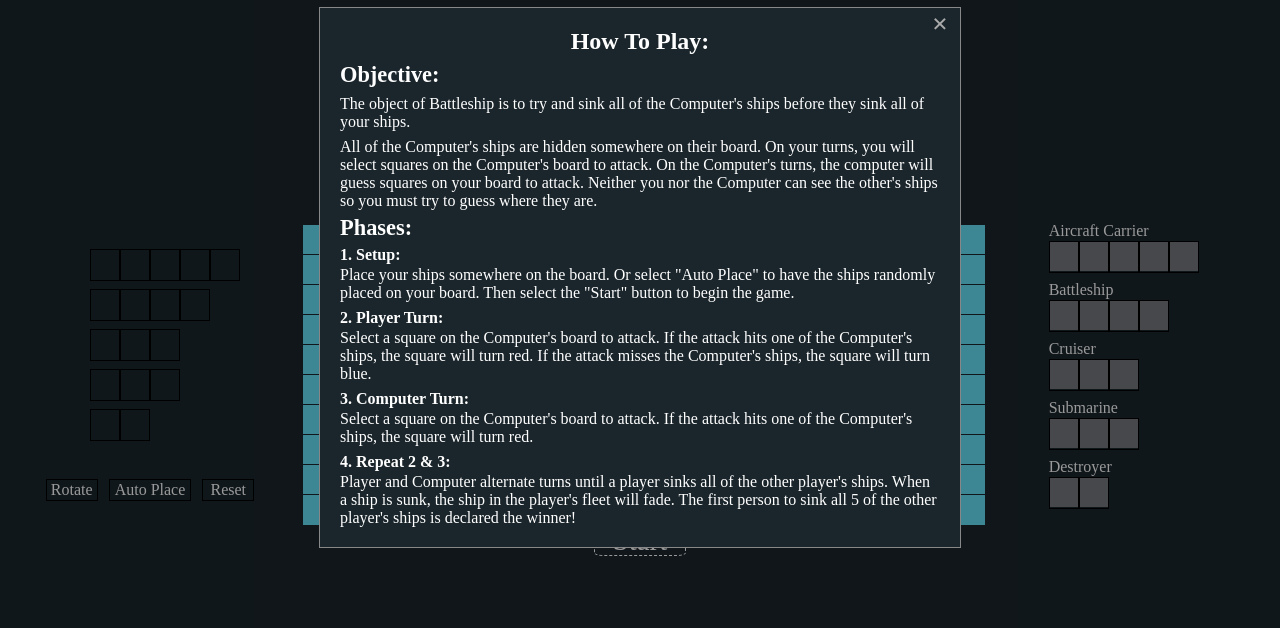
Repository: J-Haze/BattleshipApp
Page: /
The author's editor kept a copy of each file at every save. The page is drawn from the files as they stood at one save, then again after the next save.
The browser window is 1280 px wide. The pictures show the whole page.
The project was rebuilt for these pictures with package versions that can differ from the ones it lists, and the page was loaded fresh each time. Also part of the build but not shown: src/index.css, src/Components/ModalEnd.js.

Above is the page before, as saved 2020-09-26 22:05:42.

After the next save:
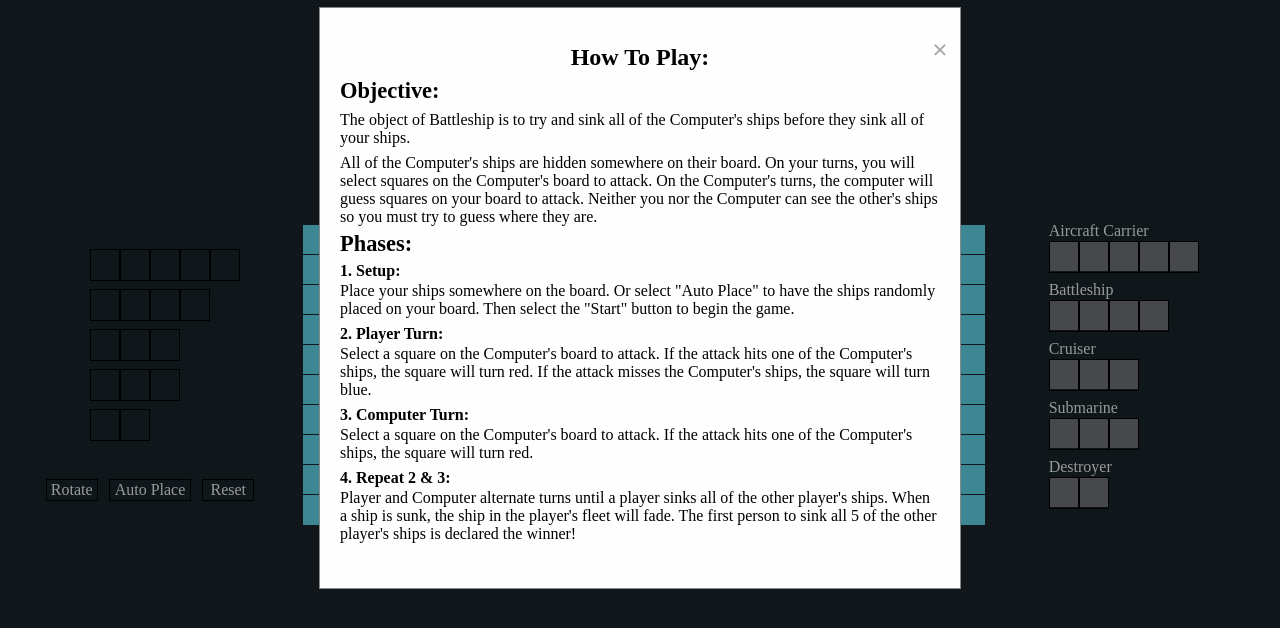
Saved 3 min 35 s later.
--- a/src/App.css
+++ b/src/App.css
@@ -411,7 +411,7 @@ header {
   .modal-content{
     display: flex;
     flex-direction: column;
-    /* background-color: #fefefe; */
+    background-color: #fefefe;
     margin-left: auto;
     margin-right: auto;
     margin-top: 1vh;
@@ -421,8 +421,7 @@ header {
     width: 600px;
     justify-content: center;
     align-items: center;
-    /* color: black; */
-    background-color: var(--black)
+    color: black;
   }
 
   .close{
@@ -471,7 +470,6 @@ header {
 }
 
 .howToTop{
-    margin-top: 10px;
     font-size: 1.5em;
 }
 
@@ -487,3 +485,7 @@ header {
 .list{
     margin-bottom: 2px;
 }
+
+#howToModal{
+    height: 560px;
+}
